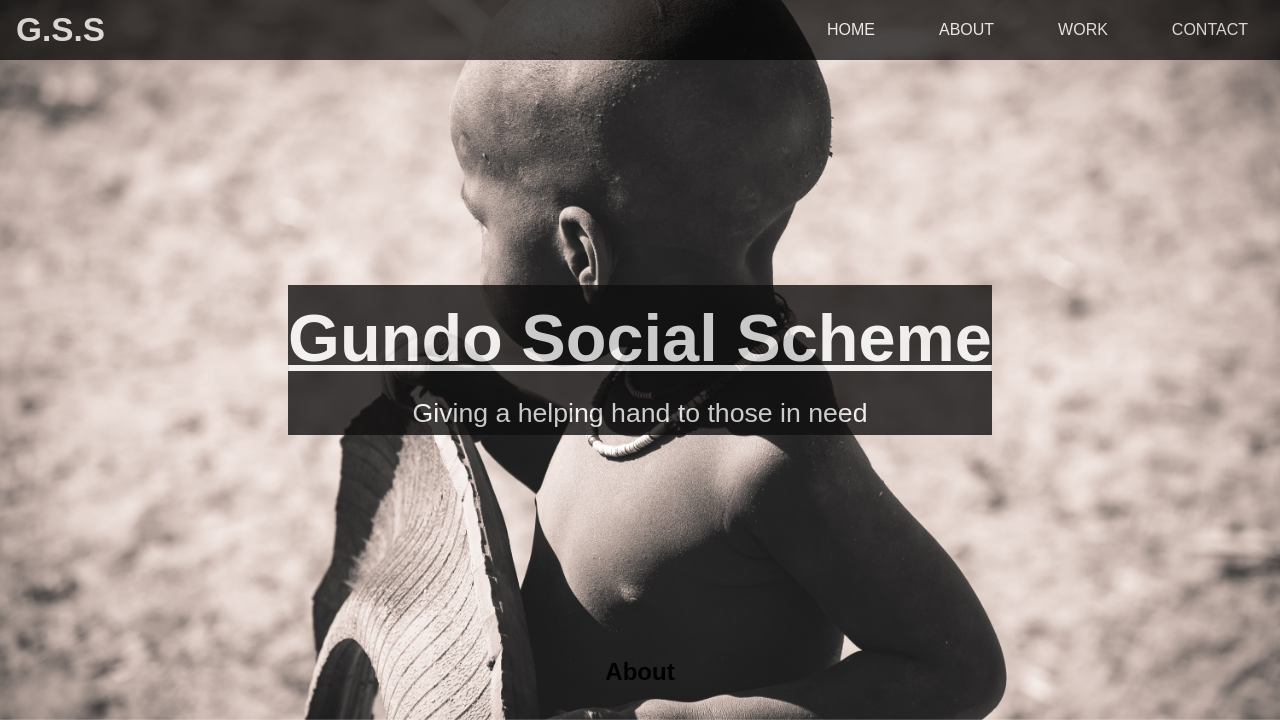
Repository: blessingNtoko/gss-basic_website
Page: index.html
The author's editor kept a copy of each file at every save. The page is drawn from the files as they stood at one save, then again after a run of saves.
The browser window is 1280 px wide. The pictures show the whole page.
An inner scrolling area shows only its first screen.

Above is the page before, as saved 2020-05-13 18:17:07.

### index.html
<!DOCTYPE html>
<html lang="en">

<head>
    <meta charset="UTF-8">
    <meta name="viewport" content="width=device-width, initial-scale=1.0">
    <title>Gundo Social Scheme</title>
    <link rel="stylesheet" href="style.css">
</head>

<body>
    <div class="allContain">
        <nav class="navbar">
            <h1><a href="#home">G.S.S</a></h1>
            <ul>
                <li>
                    <a href="#home">Home</a>
                </li>
                <li>
                    <a href="#about">About</a>
                </li>
                <li>
                    <a href="#work">Work</a>
                </li>
                <li>
                    <a href="#contact">Contact</a>
                </li>
            </ul>
        </nav>

        <section id="home">
            <div class="contain">
                <h1>Gundo Social Scheme</h1>
                <p>Giving a helping hand to those in need</p>
            </div>

        </section>

        <section id="about">
            <div class="container">
                <h1>About</h1>
                <div class="row">
                    <div class="col">
                        <img src="assets/images/temp1.jpg" alt="About image">
                    </div>
                    <div class="col">
                        <p>
                            Lorem ipsum dolor sit amet consectetur adipisicing elit. Dolore quia, nisi provident aperiam excepturi quas officiis, quam ipsa molestiae nostrum magni. Sed at maiores placeat rerum deserunt ea perspiciatis modi omnis inventore maxime sunt ratione quos
                            nihil quidem nam suscipit sint, mollitia et odit. Repellat tempore nemo mollitia, quasi dolorum optio vel voluptates hic sunt. Soluta ea voluptatibus provident quasi, consectetur incidunt quas quia. Tenetur tempora iure adipisci
                            voluptatum velit quia voluptatibus, soluta iste fugit sequi, repellendus placeat nostrum minus modi ipsum, corporis exercitationem doloribus voluptatem distinctio cumque mollitia debitis consequatur sit. Reprehenderit animi
                            natus, facilis voluptas fugiat excepturi illum.
                        </p>
                    </div>
                </div>
                <div class="row">
                    <div class="col">
                        <p>
                            Lorem ipsum dolor sit amet consectetur adipisicing elit. Consequatur eveniet, dignissimos est fugit harum provident nobis corrupti architecto ipsam culpa quibusdam quidem reprehenderit. Neque eum reprehenderit ut illo sed mollitia odit cupiditate vel
                            perspiciatis, provident ab non, earum error tenetur quia, at minus nemo adipisci quo? Velit atque aspernatur saepe quia quibusdam a ad laboriosam sit temporibus, sint neque rerum nemo nam assumenda ea omnis harum molestiae,
                            itaque rem? Animi incidunt assumenda aspernatur impedit corrupti saepe possimus aperiam neque dolor minus! Corporis odit nostrum sequi beatae enim voluptas, vitae reiciendis nulla fuga quod, tempore, non explicabo rerum praesentium
                            eligendi rem.
                        </p>
                    </div>
                    <div class="col">
                        <img src="assets/images/temp2.jpg" alt="About image">
                    </div>
                </div>
            </div>
        </section>

        <div class="fixedScroll fixedScroll1">
            <div class="fixedText">
                <span class="border trans">
                    Image Two text
                </span>
            </div>
        </div>

        <section id="work">
            <div class="container">
                <h1>Work</h1>
                <div class="row">
                    <div class="col">
                        <img src="assets/images/workImages/work1.jpeg" alt="">
                    </div>
                    <div class="col">
                        <img src="assets/images/workImages/work2.jpeg" alt="">

                    </div>
                    <div class="col">
                        <img src="assets/images/workImages/work3.jpeg" alt="">

                    </div>

                    <div class="col">
                        <img src="assets/images/workImages/work4.jpeg" alt="">

                    </div>
                    <div class="col">
                        <img src="assets/images/workImages/work5.jpeg" alt="">

                    </div>
                    <div class="col">
                        <img src="assets/images/workImages/work6.jpeg" alt="">

                    </div>
                    <div class="col">
                        <img src="assets/images/workImages/work7.jpeg" alt="">

                    </div>
                    <div class="col">
                        <img src="assets/images/workImages/work8.jpeg" alt="">

                    </div>
                    <div class="col">
                        <img src="assets/images/workImages/work9.jpeg" alt="">

                    </div>
                    <div class="col">
                        <img src="assets/images/workImages/work10.jpeg" alt="">

                    </div>
                </div>
            </div>
        </section>

        <div class="fixedScroll fixedScroll2">
            <div class="fixedText">
                <span class="border trans">
                    Image Two text
                </span>
            </div>
        </div>

        <section id="contact">
            <div class="container">
                <h1>Contact</h1>
                <div class="row">
                    <div class="col">
                        <img src="" alt="">
                    </div>
                    <div class="col">

                    </div>
                    <div class="col">

                    </div>
                </div>
            </div>
            <footer>

            </footer>
        </section>
    </div>

</body>

</html>

### style.css
* {
    margin: 0;
    padding: 0;
}

body {
    font-family: Arial, Helvetica, sans-serif;
    line-height: 1.6;
    height: 100vh;
    overflow: hidden;
}

.allContain {
    width: 100%;
    height: 100%;
    /* CSS smooth scroll properties */
    overflow-y: scroll;
    scroll-behavior: smooth;
    scroll-snap-type: y mandatory;
}

.navbar {
    position: fixed;
    top: 0;
    z-index: 1;
    display: flex;
    flex-direction: row;
    align-items: center;
    width: 100%;
    height: 60px;
    background: black;
    opacity: .7;
}

.navbar h1 {
    color: white;
    font-size: 25pt;
    margin-left: 1rem;
}

.navbar h1 a {
    text-decoration: none;
    text-transform: uppercase;
    color: #f4f4f4;
}

.navbar h1 a:hover {
    color: rgb(63, 63, 196);
}

.navbar ul {
    display: flex;
    list-style: none;
    width: 100%;
    /* text-align: right; */
    justify-content: flex-end;
}

.navbar ul li {
    margin: 0 1rem;
    padding: 1rem;
}

.navbar ul li a {
    text-decoration: none;
    text-transform: uppercase;
    color: #f4f4f4;
}

.navbar ul li a:hover {
    color: rgb(63, 63, 196);
}

section {
    display: flex;
    flex-direction: column;
    align-items: center;
    justify-content: center;
    text-align: center;
    width: 100%;
    height: 100vh;
    scroll-snap-align: center;
}

#home {
    background-image: url(assets/images/tempy4.jpg);
    background-position: center;
    background-repeat: no-repeat;
    background-size: cover;
    background-attachment: fixed;
    color: #f4f4f4;
}

#home .contain {
    background-color: rgb(17, 16, 16);
    opacity: .8;
}

#home h1 {
    font-size: 50pt;
    text-decoration: underline;
}

#home p {
    font-size: 20pt;
}

#about {
    margin-top: 3rem;
}

#about img {
    text-align: center;
    width: 35rem;
    height: 25rem;
}

.fixedScroll {
    position: relative;
    opacity: 0.7;
    background-position: center;
    background-size: cover;
    background-repeat: no-repeat;
    background-attachment: fixed;
}

.fixedScroll1 {
    background-image: url(assets/images/tempy5.jpg);
    min-height: 400px;
}

.fixedScroll2 {
    background-image: url(assets/images/tempy6.jpg);
    min-height: 400px;
}

#about .row {
    display: flex;
    flex-direction: row;
    justify-content: center;
    margin-top: 3rem;
}

#work .row {
    display: flex;
    flex-direction: row;
    flex-wrap: wrap;
    justify-content: space-evenly;
    align-items: center;
}

#work .row img {
    width: 20rem;
    height: 25rem;
    line-height: 1rem;
}

After the next 2 saves:
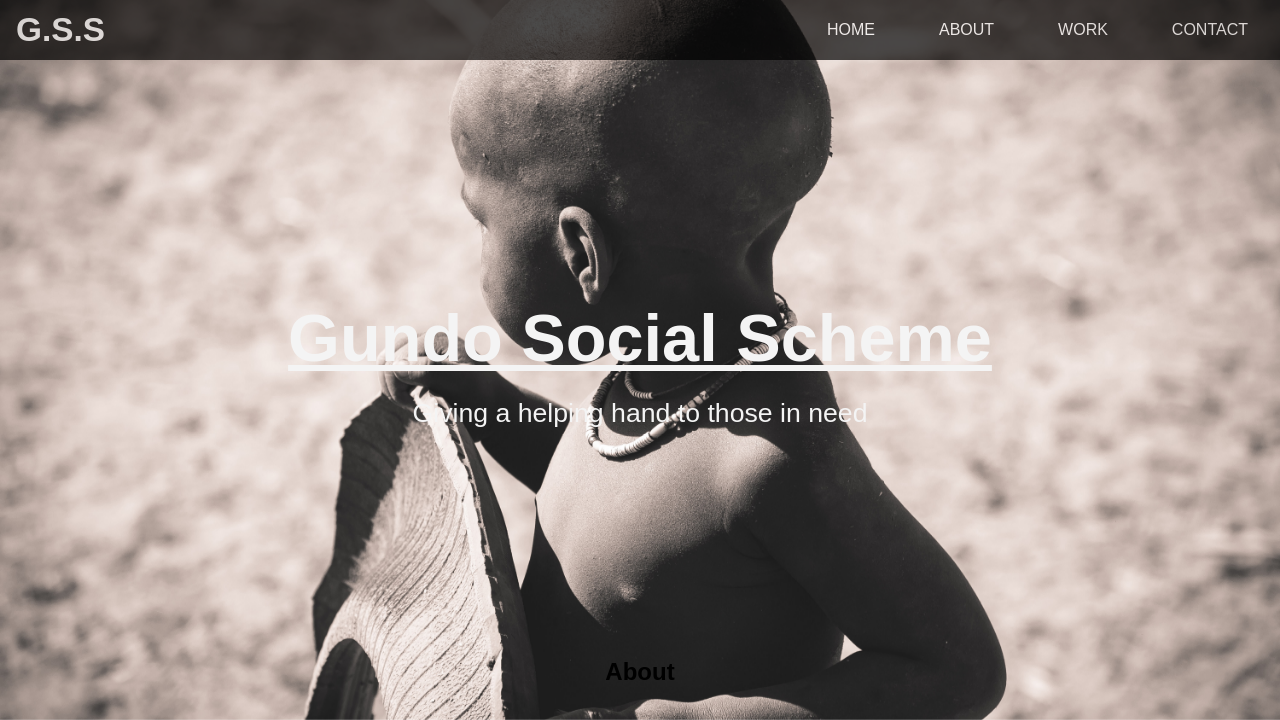
The 2 saves are shown as one change because they came seconds apart.
The last was saved 10 s later.
--- a/style.css
+++ b/style.css
@@ -92,8 +92,8 @@ section {
 }
 
 #home .contain {
-    background-color: rgb(17, 16, 16);
-    opacity: .8;
+    /* background-color: rgb(17, 16, 16); */
+    /* opacity: .8; */
 }
 
 #home h1 {
